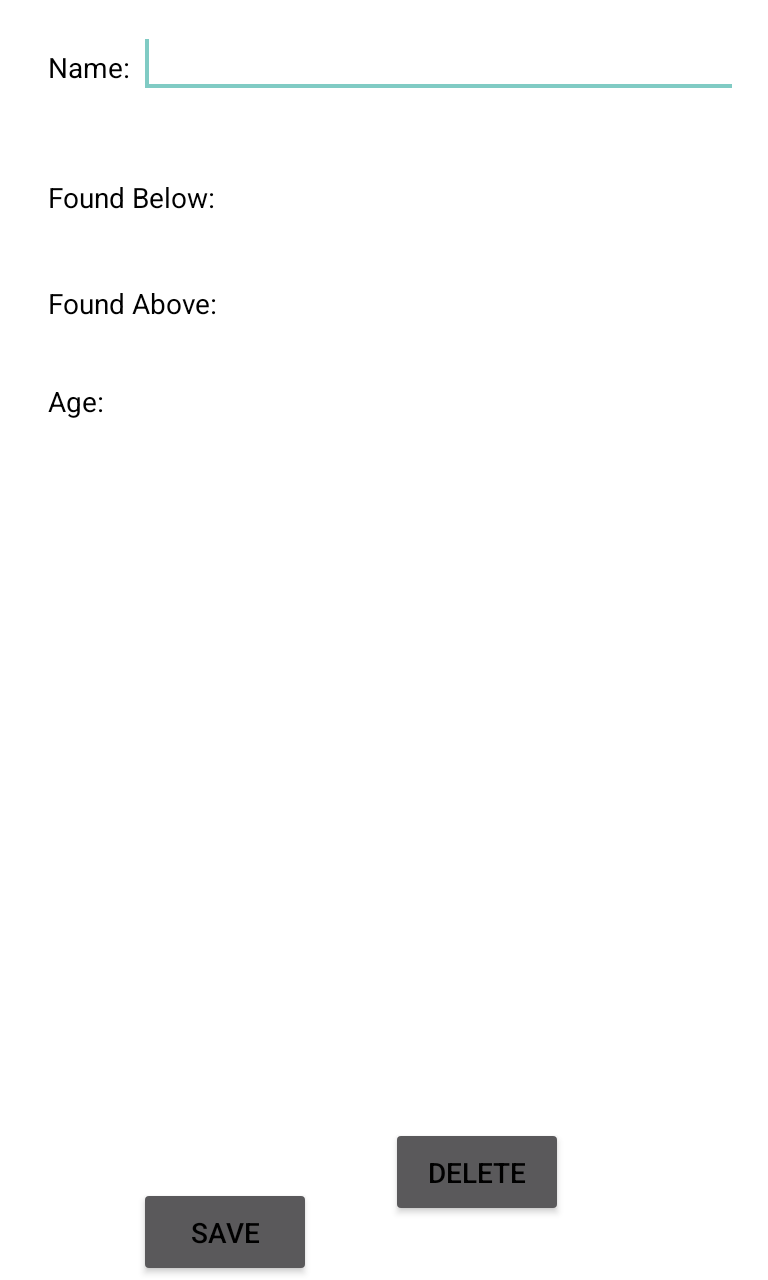
Repository: qfornaguera/AppQuelogy
Layout: AppQueology/res/layout/activity_artifact.xml
These files come from the project's save history. The layout is drawn as it stood at one moment and after the next save; the edit follows.
It is drawn on a 768 x 1280 px phone screen (xhdpi) without system bars, with theme Theme.AppCompat; the app's code is not run.

Above is the layout before, as saved 2014-04-27 18:33:53.

### AppQueology/res/layout/activity_artifact.xml
<RelativeLayout xmlns:tools="http://schemas.android.com/tools"
    xmlns:android="http://schemas.android.com/apk/res/android"
    android:id="@+id/container"
    android:layout_width="wrap_content"
    android:layout_height="wrap_content"
    android:background="#ffffff"
    tools:context="com.example.appqueology.ArtifactActivity"
    tools:ignore="MergeRootFrame" >

    <EditText
        android:id="@+id/editText1"
        android:layout_width="wrap_content"
        android:layout_height="wrap_content"
        android:layout_alignBaseline="@+id/textView1"
        android:layout_alignBottom="@+id/textView1"
        android:layout_alignLeft="@+id/save"
        android:layout_alignParentRight="true"
        android:layout_marginRight="14dp"
        android:ems="10"
        android:maxLength="25"
        android:textColor="#000000" >

        <requestFocus />
    </EditText>

    <TextView
        android:id="@+id/textView1"
        android:layout_width="wrap_content"
        android:layout_height="wrap_content"
        android:layout_alignParentLeft="true"
        android:layout_alignParentTop="true"
        android:layout_marginLeft="24dp"
        android:layout_marginTop="24dp"
        android:text="Name: "
        android:textColor="#000000" />

    <Button
        android:id="@+id/save"
        android:layout_width="wrap_content"
        android:layout_height="wrap_content"
        android:layout_alignParentBottom="true"
        android:layout_toRightOf="@+id/textView1"
        android:text="Save"
        android:textColor="#000000" />

    <Button
        android:id="@+id/delete"
        android:layout_width="wrap_content"
        android:layout_height="wrap_content"
        android:layout_alignParentBottom="true"
        android:layout_marginBottom="30dp"
        android:layout_marginLeft="38dp"
        android:layout_toRightOf="@+id/save"
        android:text="Delete"
        android:textColor="#000000" />

    <TextView
        android:id="@+id/textView2"
        android:layout_width="wrap_content"
        android:layout_height="wrap_content"
        android:layout_alignLeft="@+id/textView1"
        android:layout_below="@+id/editText1"
        android:layout_marginTop="38dp"
        android:text="Found Below: "
        android:textAppearance="?android:attr/textAppearanceSmall"
        android:textColor="#000000" />

    <TextView
        android:id="@+id/textView3"
        android:layout_width="wrap_content"
        android:layout_height="wrap_content"
        android:layout_alignBaseline="@+id/textView2"
        android:layout_alignBottom="@+id/textView2"
        android:layout_alignRight="@+id/editText1"
        android:layout_toRightOf="@+id/textView2"
        android:ems="10"
        android:textColor="#000000" />

    <TextView
        android:id="@+id/textView4"
        android:layout_width="wrap_content"
        android:layout_height="wrap_content"
        android:layout_alignLeft="@+id/textView2"
        android:layout_below="@+id/textView2"
        android:layout_marginTop="34dp"
        android:text="Found Above: "
        android:textAppearance="?android:attr/textAppearanceSmall"
        android:textColor="#000000" />

    <TextView
        android:id="@+id/textView5"
        android:layout_width="wrap_content"
        android:layout_height="wrap_content"
        android:layout_alignBaseline="@+id/textView4"
        android:layout_alignBottom="@+id/textView4"
        android:layout_alignParentRight="true"
        android:layout_toRightOf="@+id/textView4"
        android:textColor="#000000" />

    <TextView
        android:id="@+id/textView6"
        android:layout_width="wrap_content"
        android:layout_height="wrap_content"
        android:layout_alignLeft="@+id/textView4"
        android:layout_below="@+id/textView4"
        android:layout_marginTop="30dp"
        android:text="Age: "
        android:textColor="#000000" />

    <EditText
        android:id="@+id/editText2"
        android:layout_width="wrap_content"
        android:layout_height="wrap_content"
        android:layout_alignBaseline="@+id/textView6"
        android:layout_alignBottom="@+id/textView6"
        android:layout_toRightOf="@+id/textView6"
        android:ems="10"
        android:inputType="numberSigned"
        android:textColor="#000000"
        android:width="150dp" />

</RelativeLayout>

After the next save:
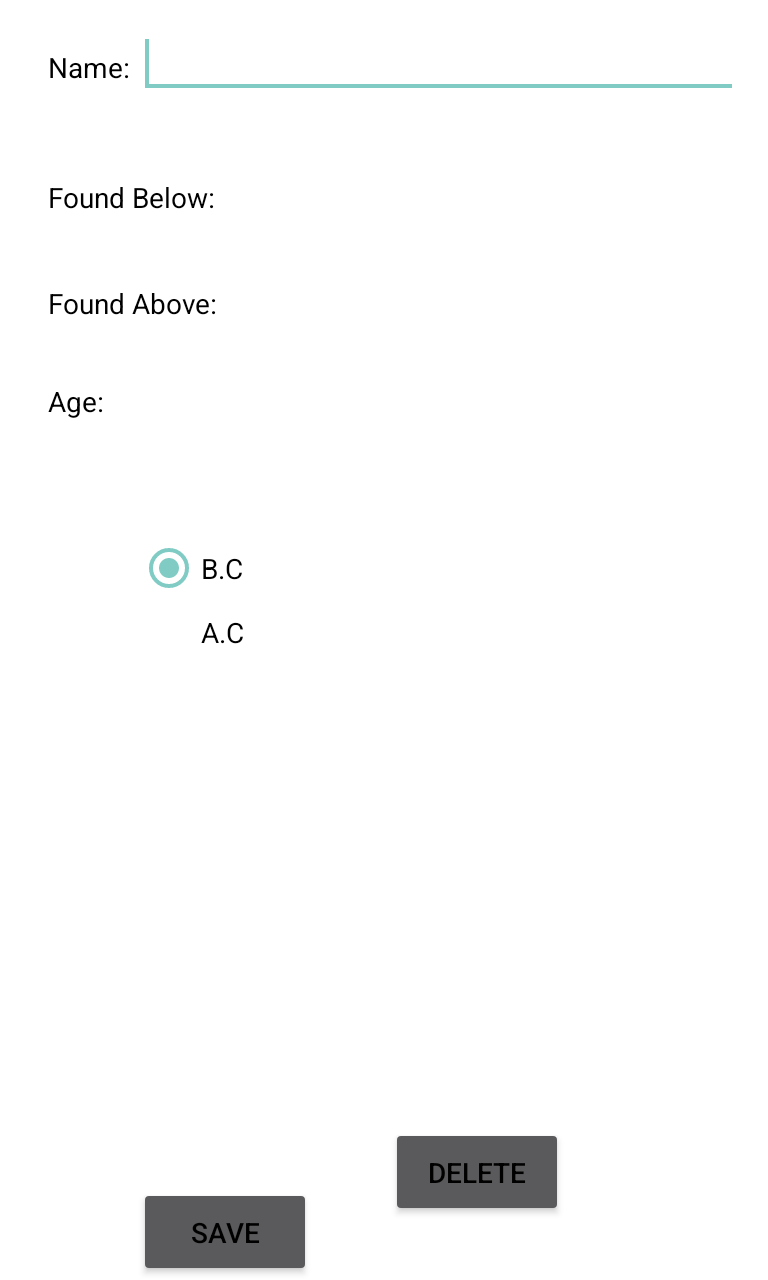
Saved 2 min 29 s later.
--- a/AppQueology/res/layout/activity_artifact.xml
+++ b/AppQueology/res/layout/activity_artifact.xml
@@ -119,4 +119,29 @@
         android:textColor="#000000"
         android:width="150dp" />
 
+    <RadioGroup
+        android:id="@+id/radioGroup1"
+        android:layout_width="wrap_content"
+        android:layout_height="wrap_content"
+        android:layout_below="@+id/editText2"
+        android:layout_marginTop="50dp"
+        android:layout_toRightOf="@+id/textView1" >
+
+        <RadioButton
+            android:id="@+id/radio0"
+            android:layout_width="wrap_content"
+            android:layout_height="wrap_content"
+            android:checked="true"
+            android:textColor="#000000"
+            android:text="B.C" />
+
+        <RadioButton
+            android:id="@+id/radio1"
+            android:layout_width="wrap_content"
+            android:layout_height="wrap_content"
+            android:textColor="#000000"
+            android:text="A.C" />
+
+    </RadioGroup>
+
 </RelativeLayout>
